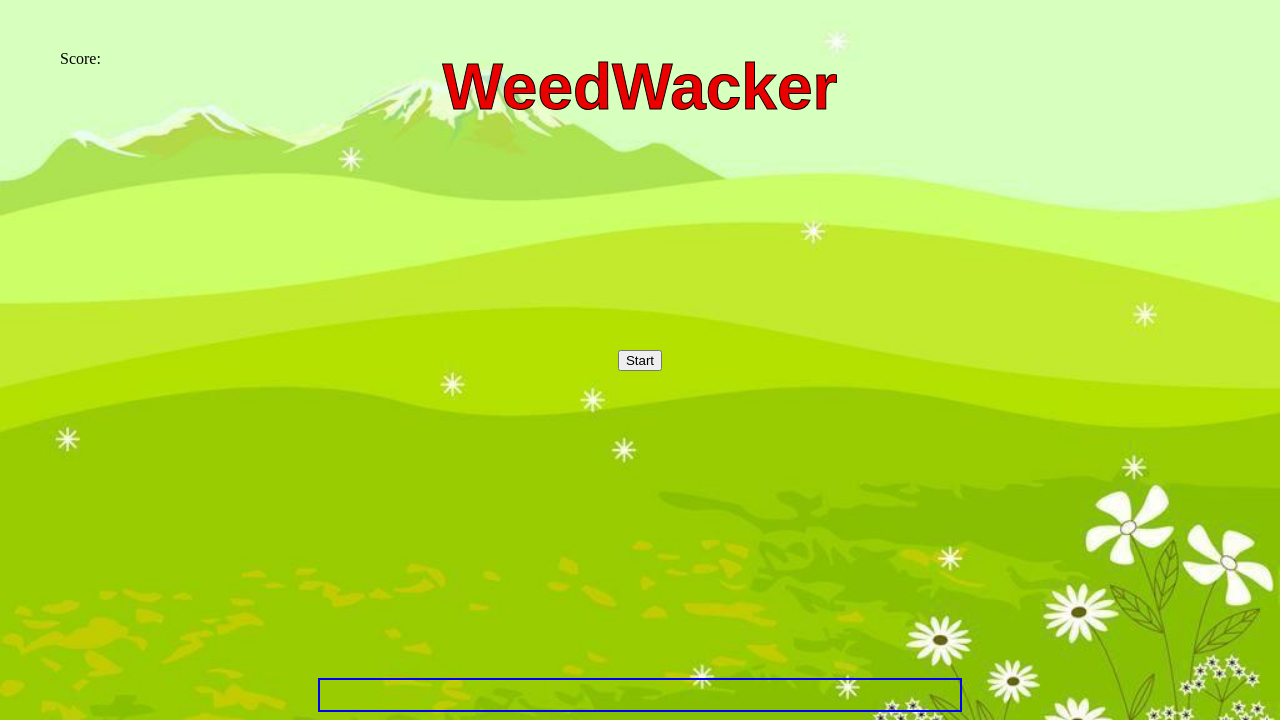
Repository: AustinW24/weedwacker
Page: index.html
The author's editor kept a copy of each file at every save. The page is drawn from the files as they stood at one save, then again after the next save.
The browser window is 1280 px wide. The pictures show the whole page.
Some web fonts or font styles are not loaded; a fallback is used.

Above is the page before, as saved 2022-02-09 09:53:44.

### index.html
<!DOCTYPE html>
<html lang="en">

<head>
    <meta charset="UTF-8">
    <meta name="viewport" content="width=device-width, initial-scale=1.0">
    <meta http-equiv="X-UA-Compatible" content="ie=edge">
    <title>WeedWacker</title>
    <link href="http://fonts.cdnfonts.com/css/common-pixel" rel="stylesheet">
    <link rel="stylesheet" href="style.css">
</head>

<body>
    <div class="container">

        <div class="score">Score: </div>
        <div class="heading">
            <h1 class="title">WeedWacker</h1>
        </div>
        <div class="start">
            <button onClick="startGame()">Start</button>
        </div>
        <div class="grid"></div>

    </div>
    <script src="main.js"></script>
</body>

</html>

### style.css
* {
    box-sizing: border-box;
    margin: 0 auto;
}

.container {
    height: 100vh;
    width: 100vw;
    background: url("/assets/wwbackground.jpg") no-repeat center;
    background-size: 100%;
    display: flex;
    align-items: center;
    justify-content: center;
    position: relative;
}

.grid {
    display: grid;
    place-items: center;
    grid-template-columns: repeat(3, 1fr);
    grid-template-rows: repeat(3, 1fr);
    column-gap: 10px;
    row-gap: 15px;
    width: 50%;
    height: 50&;
    position: absolute;
    bottom: 0;
    margin-bottom: 10px;
    outline: 2px solid blue;
    justify-content: center;
}

.heading {
    display: flex;
    position: absolute;
    top: 0;
    margin-top: 50px;
    font-family: 'Common Pixel', sans-serif;
    color: rgb(235, 0, 0);
    font-size: 2rem;
    -webkit-text-stroke-width: 1px;
    -webkit-text-stroke-color: black;
}

.score {
    left: 0;
    position: absolute;
    top: 0;
    margin-top: 50px;
    margin-left: 60px;
}

### main.js
let score = 0;

After the next save:
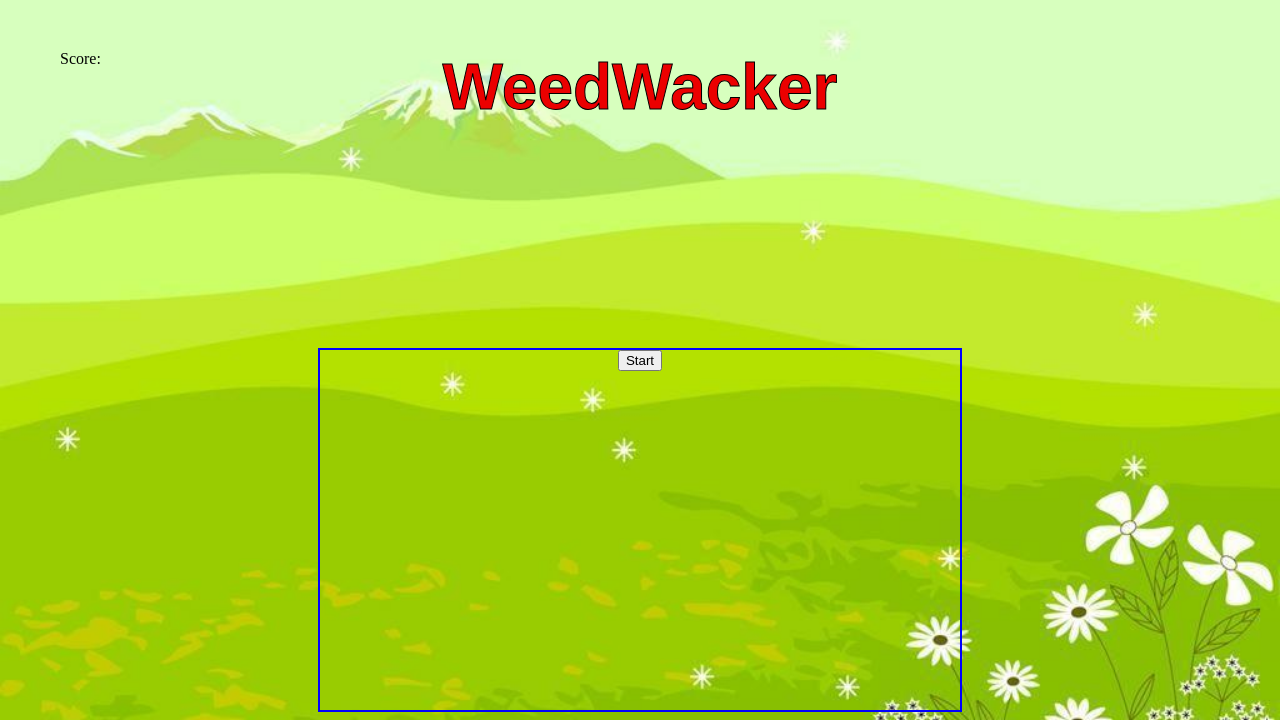
Saved 6 s later.
--- a/style.css
+++ b/style.css
@@ -22,7 +22,7 @@
     column-gap: 10px;
     row-gap: 15px;
     width: 50%;
-    height: 50&;
+    height: 50%;
     position: absolute;
     bottom: 0;
     margin-bottom: 10px;
